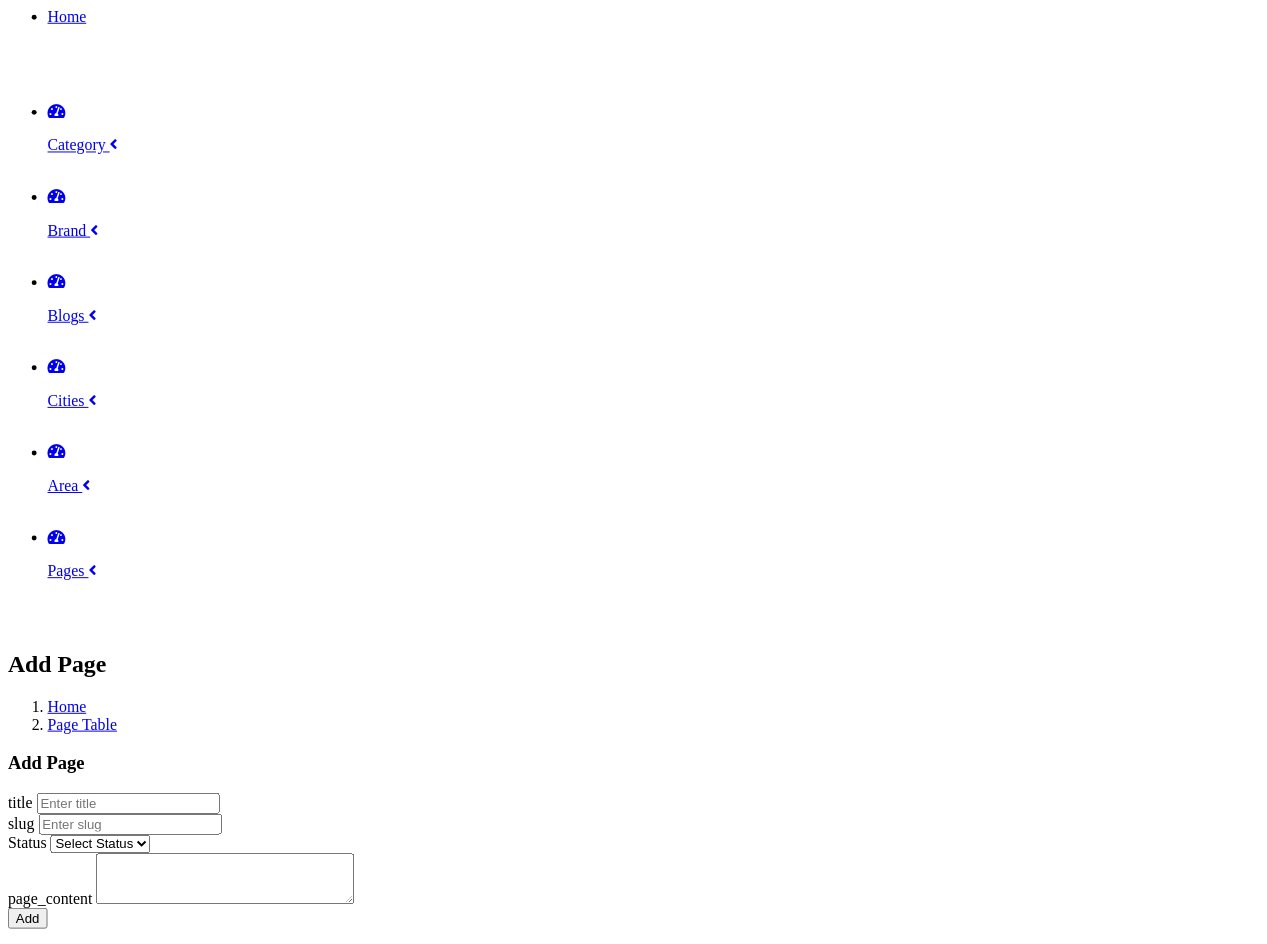
Repository: samiraelshon123/LP_Project
Page: http://localhost/admin/Page/create
An editor plug-in stored every save of this project. The page is shown before and after the next save, followed by the edit.
The browser window is 1280 px wide. The pictures show the whole page, at 99% of full size.
Some web fonts or font styles are not loaded; a fallback is used. The page is served by the project's Laravel application, run on PHP 8.4 with Laravel 9. A made-up administrator, Test User (test@example.com), is signed in.

Above is the page before, as saved 2023-05-29 23:08:31.
Console error: ReferenceError: $ is not defined

After the next save:
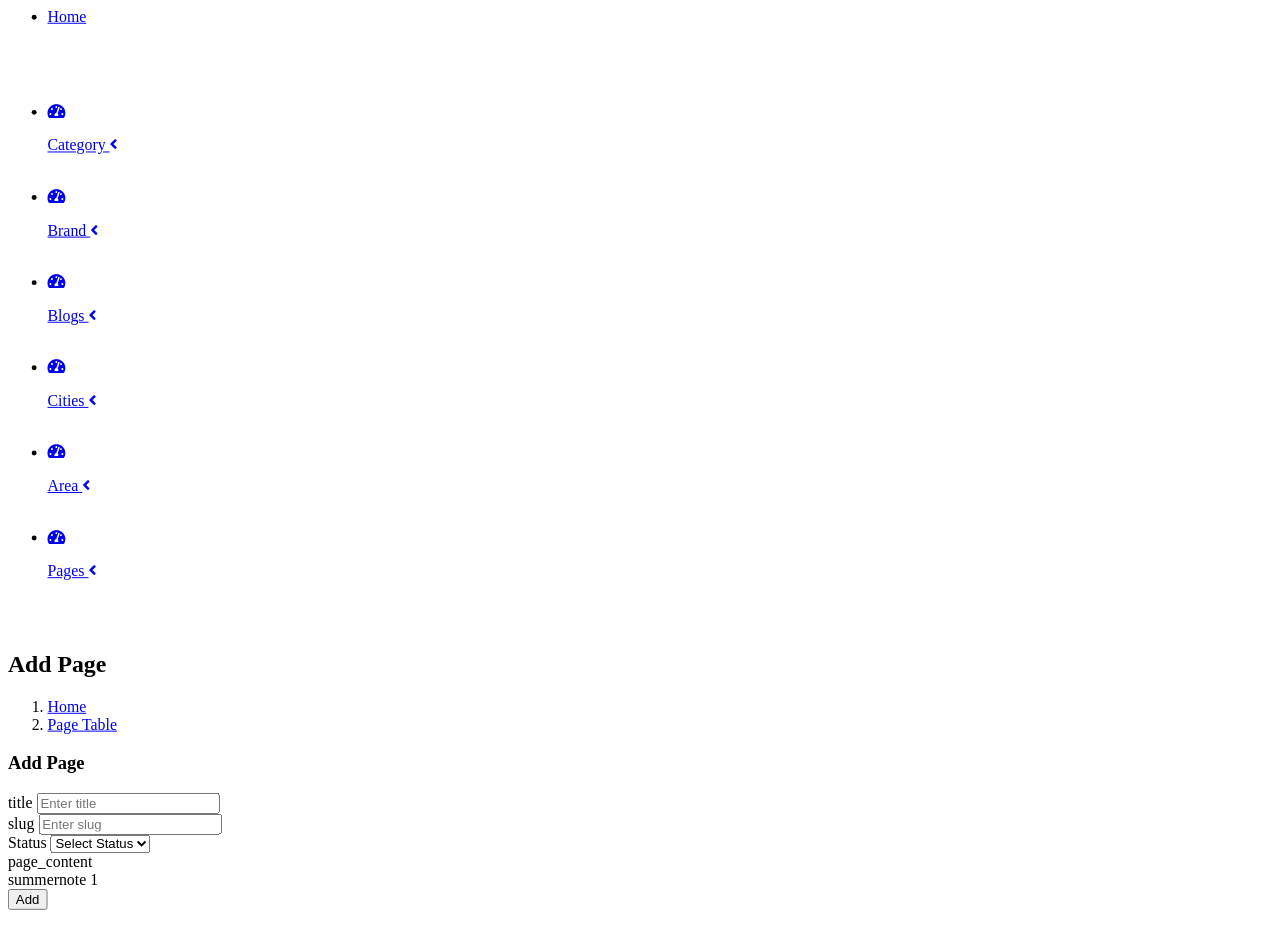
Saved 15 s later.
--- a/resources/views/admin/pages/create.blade.php
+++ b/resources/views/admin/pages/create.blade.php
@@ -65,7 +65,7 @@
               </div>
               <div class="form-group col-6">
                 <label for="exampleInputEmail1">page_content</label>
-                <textarea id="" cols="30" rows="3" class="form-control" name="page_content" >{{old('page_content')}}</textarea>
+                <div class="summernote">summernote 1</div>
               </div>
 
 

After the save that followed:
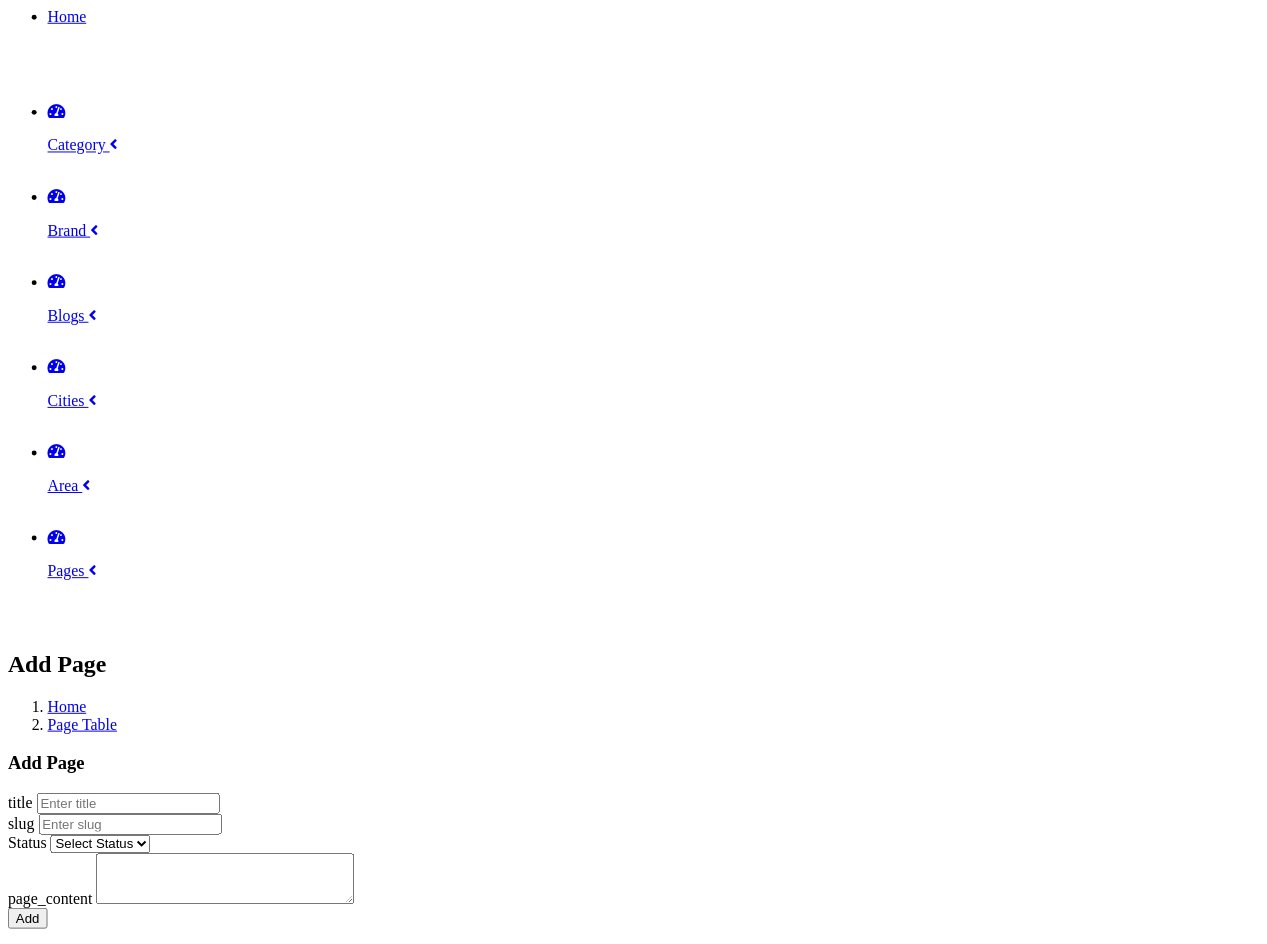
The error is gone.
Saved 111 s later.
--- a/resources/views/admin/pages/create.blade.php
+++ b/resources/views/admin/pages/create.blade.php
@@ -65,7 +65,7 @@
               </div>
               <div class="form-group col-6">
                 <label for="exampleInputEmail1">page_content</label>
-                <div class="summernote">summernote 1</div>
+                <textarea id="" cols="30" rows="3" class="form-control" name="page_content" >{{old('page_content')}}</textarea>
               </div>
 
 
@@ -86,10 +86,5 @@
 @endsection
 
 <script>
-  $('.summernote').summernote({
-  height: 150,   //set editable area's height
-  codemirror: { // codemirror options
-    theme: 'monokai'
-  }
-});
+
 </script>
